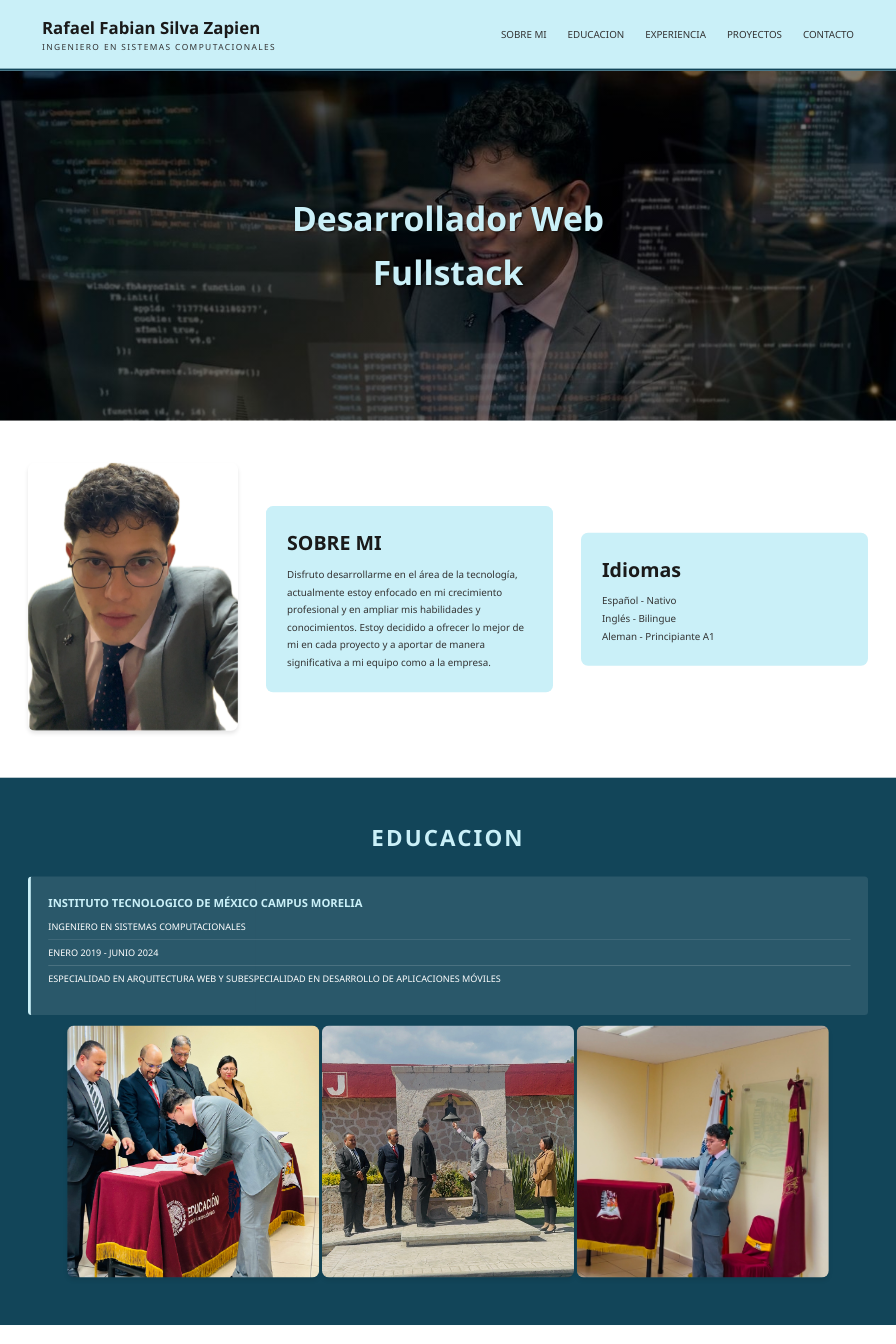
Repository: rafaelsilva2k/mi-portafolio
Page: index.html
An editor plug-in stored every save of this project. The page is shown before and after a run of saves, followed by the edit.
The browser window is 1280 px wide. The pictures show the part of the page from y = 0 to 1920 px (the page is 3313 px tall), at 70% of full size.

Above is the page before, as saved 2026-04-17 13:19:19.

### index.html
<!DOCTYPE html>
<html lang="en">
<head>
    <meta charset="UTF-8">
    <meta name="viewport" content="width=device-width, initial-scale=1.0">
    <title>Rafael Fabian Silva Zapien</title>
    <link rel="stylesheet" href="styles.css">
</head>
<body>
    <!-- HEADER: Nombre, Profesión y Menú de Navegación -->
    <header class="header">
        <div class="header-content">
            <div class="logo-section">
                <h1>Rafael Fabian Silva Zapien</h1>
                <p class="profession">INGENIERO EN SISTEMAS COMPUTACIONALES</p>
            </div>

            <nav class="navbar">
                <ul>
                    <li><a href="#sobre-mi">SOBRE MI</a></li>
                    <li><a href="#educacion">EDUCACION</a></li>
                    <li><a href="#experiencia">EXPERIENCIA</a></li>
                    <li><a href="#proyectos">PROYECTOS</a></li>
                    <li><a href="#contacto">CONTACTO</a></li>
                </ul>
            </nav>
        </div>
    </header>

    <!-- HERO SECTION: Imagen grande con texto "Desarrollador Web Fullstack" -->
     <section class="hero">
        <div class="hero-content">
            <h2>Desarrollador Web<br>Fullstack</h2>
        </div>
     </section>

     <!-- SECCIÓN SOBRE MÍ: Foto + Descripción -->
      <section id="sobre-mi" class="sobre-mi">
        <div class="sobre-mi-container">
            <div class="sobre-mi-foto">
                <img src="images/me.png" alt="Rafael Silva">
            </div>
            <div class="sobre-mi-texto">
                <h2>SOBRE MI</h2>
                <p>Disfruto desarrollarme en el área de la tecnología, actualmente estoy enfocado en mi crecimiento profesional y en ampliar mis habilidades y conocimientos. Estoy decidido a ofrecer lo mejor de mi en cada proyecto y a aportar de manera significativa a mi equipo como a la empresa.</p>
            </div>
            <div class="sobre-mi-texto">
                <div class="sobre-mi-habilidades">
                    <div>

                    </div>
                    <div>
                        <h2>Idiomas</h2>
                        <p>Español - Nativo <br> Inglés - Bilingue <br> Aleman - Principiante A1</p>
                    </div>
                </div>
            </div>
        </div>
      </section>

      <!--Seccion de Educacion-->
      <section id="educacion" class="educacion">
        <h2>EDUCACION</h2>
        <div class="educacion-content">
            <div class="educacion-item">
                <h4>INSTITUTO TECNOLOGICO DE MÉXICO CAMPUS MORELIA</h4>
                <p>INGENIERO EN SISTEMAS COMPUTACIONALES</p>
                <p>ENERO 2019 - JUNIO 2024</p>
                <p>ESPECIALIDAD EN ARQUITECTURA WEB Y SUBESPECIALIDAD EN DESARROLLO DE APLICACIONES MÓVILES</p>
            </div>
            <div class="education-item">
                <div class="education-photos">
                    <img src="images/FirmaTitulacion.jpeg">
                    <img src="images/campanaTitulacion.jpeg">
                    <img src="images/titulacion.jpeg">
                </div>
            </div>
        </div>
      </section>

      <section id="experiencia" class="experiencia">
        <h2>EXPERIENCIA PROFESIONAL</h2>
            <div class="experiencia-content">
                <div class="experiencia-item">
                    <h3>HARMAN a Samsung Company</h3>
                    <p>Residencias Profesionales HARMAN, Samsung Company Enero - Junio 2024 </p><br>
                    <h5>PROYECTO DE SALIDAS MISCELÁNEAS</h5>
                    <p></p>Se trabajo en el desarrolló de una página web que permitió a la empresa
                    controlar y gestionar los productos salientes. Además, se coordinó el flujo de
                    aprobación entre diversas áreas como comercio exterior, logística y seguridad. <br> <br>
                    <h5>PROYECTO COSTO DE BIENES VENDIDOS (COGS)</h5>
                    Se trabajo en la automatización el cálculo de COGS e implementó un módulo
                    que agiliza la obtención de datos para el reporte de COGS, logrando un análisis
                    más detallado y una representación gráfica eficaz de la información.</p>
                </div>
                <div class="experiencia-item">
                    <h3>FIRA - Fideicomisos Instituidos en Relación con la Agricultura</h3>
                    <p>Desarrollador Fullstack en FIRA, Morelia Julio 2024 - Actualidad <br> <br>
                    • Migración, mejora y mantenimiento de múltiples aplicaciones institucionales,
                    entre ellas: Mesa de Servicios, Reservación de Salas, Seguimientos SIPOT,
                    Solicitudes INAI, Ingresos Retenciones, SIPOT, entre otras.
                    Aplicaciones desarrolladas en CodeIgniter (PHP), JavaScript, HTML y CSS,
                    en las cuales realicé correcciones críticas, optimizaciones de rendimiento y
                    mejoras funcionales.
                    Implementación de consumo de APIs internas de FIRA (Capital Humano)
                    cuando fue requerido.
                    Sustitución de vistas de Capital Humano en base de datos por procesos
                    internos más eficientes.
                    Todas las aplicaciones intervenidas fueron migradas a SQL Server 2019. <br>
                    • Desarrollo de un módulo completo dentro de la aplicación Reservación de
                    Salas para la gestión y reservación de cargadores eléctricos para vehículos del
                    personal interno.<br>
                    • Colaboración en la aplicación Siniestralidad, desarrollada originalmente en
                    ASP, la cual fue migrada a SQL Server 2019 y sometida a una limpieza y
                    depuración general. Posteriormente se detectaron fallas en el funcionamiento y
                    realicé los ajustes necesarios para su correcta operación.<br>
                    • Participación en la migración de la aplicación Firma Electrónica, actualizando
                    la plataforma de Java 1.4 a Java 17, así como la migración de Tomcat y todos
                    los cambios estructurales requeridos para garantizar compatibilidad y
                    estabilidad.<br>
                    • Elaboración de documentación técnica detallada para todos los proyectos,
                    facilitando futuras tareas de mantenimiento, soporte y transferencia de
                    conocimiento dentro del equipo. Apoyo adicional en la preparación de
                    documentación para describir cambio</p>
                </div>
            </div>
      </section>

      <!--Seccion de proyectos-->
      <section id="proyectos" class="proyectos">
        <h2>PROYECTOS</h2>
        <div class="proyectos-content">
            <div class="proyectos-item">
                <h4>Primer proyecto</h4>
                <img src="" alt="Proyecto-1-name">
            </div>
            <div class="proyectos-item">
                <h4> Segundo proyecto</h4>
                <img src="" alt="Proyecto-2-name">
            </div>
            <div class="proyectos-item">
                <h4>Tercer proyecto</h4>
                <img src="" alt="proyecto-3-name">
            </div>
        </div>
      </section>

      <section id="contacto" class="contacto">
        <h2>Contacto</h2>
        <div class="contacto-content">
            <p>Email: rafaelsilva2k256@gmail.com</p>
            <p>LinkedIn: <a href="www.linkedin.com/in/rafael-fabian-silva-zapien-a124ba247">Perfil de Linkedin</a></p>
            <p>GitHub: <a href="#">Tu GitHub</a></p>
        </div>
      </section>

      <!--footer-->
      <footer class="footer">
        <p>&copy; 2024 Rafael Fabian Silva Zapien. Todos los derechos reservados.</p>
      </footer>

      <script src="script.js"></script>
</body>
</html>

### styles.css
/* ============================================
   RESET Y VARIABLES GLOBALES
   ============================================ */

* {
    margin: 0;
    padding: 0;
    box-sizing: border-box;
}

:root {
    --color-primary: #caf0f8;      /* Amarillo */
    --color-secondary: #124559;    /* Dorado/Marrón */
    --color-dark: #1a1a1a;         /* Negro */
    --color-text: #333333;         /* Texto gris oscuro */
    --color-white: #ffffff;        /* Blanco */
}

body {
    font-family: 'Segoe UI', Tahoma, Geneva, Verdana, sans-serif;
    color: var(--color-text);
    line-height: 1.6;
}

/* ============================================
   HEADER - Menú y nombre
   ============================================ */

.header {
    background-color: var(--color-primary);
    padding: 20px 0;
    border-bottom: 3px solid var(--color-secondary);
    position: sticky;
    top: 0;
    z-index: 100;
}

.header-content {
    max-width: 1200px;
    margin: 0 auto;
    padding: 0 20px;

    /* FLEXBOX: Alinea nombre a la izquierda y menú a la derecha */
    display: flex;
    justify-content: space-between;
    align-items: center;
}

.logo-section h1 {
    font-size: 24px;
    font-weight: bold;
    color: var(--color-dark);
}

.profession {
    font-size: 12px;
    color: var(--color-text);
    letter-spacing: 2px;
}

/* NAVEGACIÓN - Menú horizontal */
.navbar ul {
    list-style: none;

    /* FLEXBOX: Alinea los items del menú horizontalmente */
    display: flex;
    gap: 30px;
}

.navbar a {
    text-decoration: none;
    color: var(--color-text);
    font-size: 14px;
    font-weight: 500;
    transition: color 0.3s ease;
}

.navbar a:hover {
    color: var(--color-secondary);
}

/* ============================================
   HERO SECTION - Imagen grande
   ============================================ */

.hero {
    background: linear-gradient(rgba(0, 0, 0, 0.5), rgba(0, 0, 0, 0.5)),
                url('images/iaGeneratedMe.jpeg');
    background-size: cover;
    background-position: center;
    height: 500px;

    /* FLEXBOX: Centra el texto en el hero */
    display: flex;
    align-items: center;
    justify-content: center;
    text-align: center;
}

.hero-content h2 {
    font-size: 48px;
    color: var(--color-primary);
    font-weight: bold;
    text-shadow: 2px 2px 4px rgba(0, 0, 0, 0.7);
}

/* ============================================
   SECCIÓN SOBRE MÍ
   ============================================ */

.sobre-mi {
    padding: 60px 20px;
    background-color: var(--color-white);
}

.sobre-mi-container {
    max-width: 1200px;
    margin: 0 auto;

    /* FLEXBOX: Alinea foto a la izquierda y texto a la derecha */
    display: flex;
    gap: 40px;
    align-items: center;
}

.sobre-mi-foto {
    flex: 0 0 300px;  /* Ancho fijo de 300px */
}

.sobre-mi-foto img {
    width: 100%;
    border-radius: 10px;
    box-shadow: 0 4px 6px rgba(0, 0, 0, 0.1);
}

.sobre-mi-texto {
    flex: 1;  /* Ocupa el espacio restante */
    background-color: var(--color-primary);
    padding: 30px;
    border-radius: 10px;
}

.sobre-mi-texto h2 {
    font-size: 28px;
    margin-bottom: 10px;
    color: var(--color-dark);
}

.sobre-mi-texto h3 {
    font-size: 14px;
    letter-spacing: 2px;
    margin-bottom: 20px;
    color: var(--color-secondary);
}

.sobre-mi-texto p {
    font-size: 14px;
    line-height: 1.8;
    color: var(--color-text);
}

.sobre-mi-habilidades {
    flex: wrap;
    justify-content: space-between;
}

/* ============================================
   SECCIÓN EDUCACIÓN
   ============================================ */

.educacion {
    padding: 60px 20px;
    background-color: var(--color-secondary);
    color: var(--color-white);
}

.educacion h2 {
    font-size: 32px;
    margin-bottom: 30px;
    text-align: center;
    color: var(--color-primary);
    letter-spacing: 3px;
}

.educacion-content {
    max-width: 1200px;
    margin: 0 auto;
}

.educacion-item {
    background-color: rgba(255, 255, 255, 0.1);
    padding: 25px;
    margin-bottom: 15px;
    border-left: 4px solid var(--color-primary);
    border-radius: 5px;
}

.educacion-item h4 {
    font-size: 16px;
    margin-bottom: 10px;
    color: var(--color-primary);
}

.educacion-item p {
    font-size: 13px;
    margin-bottom: 8px;
    padding-bottom: 8px;
    border-bottom: 1px solid rgba(255, 255, 255, 0.2);
}

.educacion-item p:last-child {
    border-bottom: none;
}

.education-photos {
    flex: 0 0 300px;  /* Ancho fijo de 300px */
    text-align: center;
}

.education-photos img {
    width: 30%;
    border-radius: 10px;
    box-shadow: 0 4px 6px rgba(0, 0, 0, 0.1);
}

/* ============================================
   SECCIÓN EXPERIENCIA
   ============================================ */

.experiencia {
    padding: 60px 20px;
    background-color: var(--color-white);
}

.experiencia h2 {
    font-size: 32px;
    margin-bottom: 30px;
    text-align: center;
    color: var(--color-secondary);
    letter-spacing: 3px;
}

.experiencia-content {
    max-width: 1200px;
    margin: 0 auto;

    /* FLEXBOX: Coloca los items uno al lado del otro */
    display: flex;
    gap: 30px;
}

.experiencia-item {
    flex: 1;
    background-color: var(--color-primary);
    padding: 25px;
    border-radius: 8px;
    border-left: 4px solid var(--color-secondary);
}

.experiencia-item h4 {
    font-size: 16px;
    margin-bottom: 10px;
    color: var(--color-dark);
}

.experiencia-item p {
    font-size: 13px;
    color: var(--color-text);
}

/* ============================================
   SECCIÓN PROYECTOS
   ============================================ */

.proyectos {
    padding: 60px 20px;
    background-color: var(--color-primary);
}

.proyectos h2 {
    font-size: 32px;
    margin-bottom: 30px;
    text-align: center;
    color: var(--color-secondary);
    letter-spacing: 3px;
}

.proyectos-content {
    max-width: 1200px;
    margin: 0 auto;

    /* FLEXBOX: Coloca las tarjetas en 3 columnas */
    display: flex;
    gap: 25px;
    justify-content: space-between;
}

.proyectos-item {
    flex: 1;
    background-color: var(--color-white);
    padding: 20px;
    border-radius: 8px;
    box-shadow: 0 2px 8px rgba(0, 0, 0, 0.1);
    transition: transform 0.3s ease;
}

.proyectos-item:hover {
    transform: translateY(-5px);
}

.proyectos-item h4 {
    font-size: 16px;
    margin-bottom: 15px;
    color: var(--color-dark);
}

.proyectos-item img {
    width: 100%;
    height: 200px;
    object-fit: cover;
    border-radius: 5px;
    background-color: var(--color-secondary);
}

/* ============================================
   SECCIÓN CONTACTO
   ============================================ */

.contacto {
    padding: 60px 20px;
    background-color: var(--color-secondary);
    color: var(--color-white);
    text-align: center;
}

.contacto h2 {
    font-size: 32px;
    margin-bottom: 30px;
    color: var(--color-primary);
    letter-spacing: 3px;
}

.contacto-content {
    max-width: 600px;
    margin: 0 auto;
    font-size: 14px;
    line-height: 2;
}

.contacto-content a {
    color: var(--color-primary);
    text-decoration: none;
    font-weight: bold;
}

.contacto-content a:hover {
    text-decoration: underline;
}

/* ============================================
   FOOTER
   ============================================ */

.footer {
    background-color: var(--color-dark);
    color: var(--color-white);
    text-align: center;
    padding: 20px;
    font-size: 12px;
}

/* ============================================
   RESPONSIVE - Para dispositivos móviles
   ============================================ */

@media (max-width: 768px) {
    .header-content {
        flex-direction: column;
        gap: 20px;
    }

    .navbar ul {
        gap: 15px;
        font-size: 12px;
    }

    .sobre-mi-container {
        flex-direction: column;
    }

    .sobre-mi-foto {
        flex: 0 0 200px;
    }

    .experiencia-content {
        flex-direction: column;
    }

    .proyectos-content {
        flex-direction: column;
    }

    .hero-content h2 {
        font-size: 32px;
    }
}

Loaded but not shown: script.js (no copy from this time; the picture is the same without it)

After the next 2 saves:
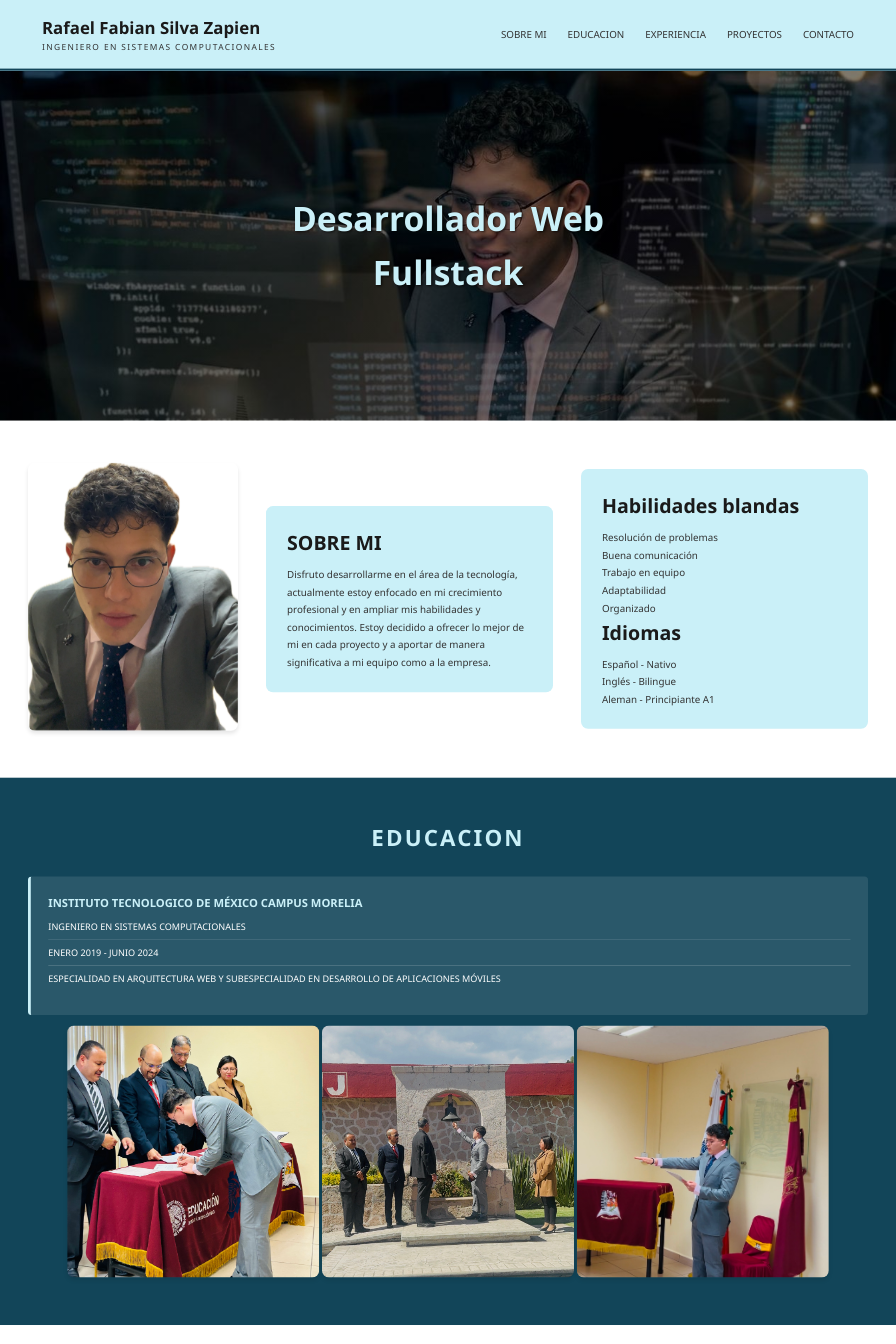
The 2 saves are shown as one change because they came seconds apart.
The last was saved 8 s later.
--- a/index.html
+++ b/index.html
@@ -46,9 +46,8 @@
             </div>
             <div class="sobre-mi-texto">
                 <div class="sobre-mi-habilidades">
-                    <div>
-
-                    </div>
+                    <h2>Habilidades blandas</h2>
+                    <p> Resolución de problemas <br> Buena comunicación <br> Trabajo en equipo  <br> Adaptabilidad <br> Organizado</p>
                     <div>
                         <h2>Idiomas</h2>
                         <p>Español - Nativo <br> Inglés - Bilingue <br> Aleman - Principiante A1</p>
